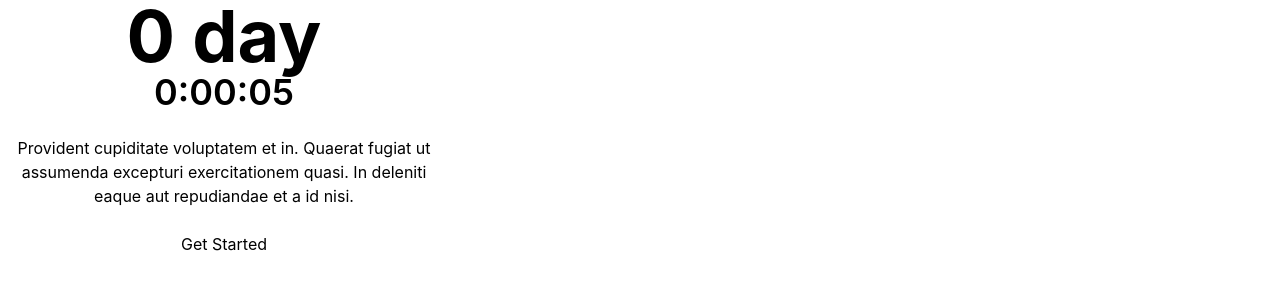
Repository: RahmanRakib9/TwentyOne
Page: /
An editor plug-in stored every save of this project. The page is shown before and after a run of saves, followed by the edit.
The browser window is 1280 px wide. The pictures show the whole page.
The project was rebuilt for these pictures with package versions that can differ from the ones it lists, and the page was loaded fresh each time.

Above is the page before, as saved 2022-10-13 17:53:58.

### src/index.css
/* tailwind css directives */
@tailwind base;
@tailwind components;
@tailwind utilities;

body {
  margin: 0;
  font-family: -apple-system, BlinkMacSystemFont, 'Segoe UI', 'Roboto', 'Oxygen',
    'Ubuntu', 'Cantarell', 'Fira Sans', 'Droid Sans', 'Helvetica Neue',
    sans-serif;
  -webkit-font-smoothing: antialiased;
  -moz-osx-font-smoothing: grayscale;
}

code {
  font-family: source-code-pro, Menlo, Monaco, Consolas, 'Courier New',
    monospace;
}

### src/App.js
import React from 'react';
import Timer from './components/Timer';
import './App.css'

const App = () => {
  return (
    <div className='App'>
      <Timer></Timer>
    </div>
  );
};

export default App;

### src/components/Timer.js
import React from "react";
import useCountdown from "../hooks/useCountdown";

const Timer = () => {
  const [second, minute, hour, day] = useCountdown();
  return (
    <div class="hero min-h-screen bg-base-200">
      <div class="hero-content text-center">
        <div class="max-w-md">
          <h1 class="text-7xl font-bold">
            {day} {day > 0 || 1 ? "day" : "days"}
          </h1>
          <h3 className="text-4xl font-semibold">
            {hour}:{minute < 10 ? "0" + minute : minute}:
            {second < 10 ? "0" + second : second}
          </h3>
          <p class="py-6">
            Provident cupiditate voluptatem et in. Quaerat fugiat ut assumenda
            excepturi exercitationem quasi. In deleniti eaque aut repudiandae et
            a id nisi.
          </p>
          <button class="btn btn-primary">Get Started</button>
        </div>
      </div>
    </div>
  );
};

export default Timer;

### src/hooks/useCountdown.js
/* eslint-disable react-hooks/exhaustive-deps */
import React, { useEffect, useState } from "react";

const useCountdown = () => {
  // state declaration for updating second, minute, and an hour respectively
  const [second, setSecond] = useState(0);
  const [minute, setMinute] = useState(0);
  const [hour, setHour] = useState(0);
  const [day, setDay] = useState(0);

  let timer;
  useEffect(() => {
    timer = setInterval(() => {
      setSecond(second + 1);

      if (second === 59) {
        setMinute(minute + 1);
        setSecond(0);
      }

      if (minute === 59) {
        setHour(hour + 1);
        setMinute(0);
      }

      if (hour === 23 && minute === 59) {
        setDay(day + 1);
        setHour(0);
        setMinute(0);
      }



    }, 1000);

    return () => clearInterval(timer);
  });
  return [second, minute, hour,day];
};

export default useCountdown;

### tailwind.config.js
/** @type {import('tailwindcss').Config} */
module.exports = {
  content: ["./src/**/*.{html,js}"],
  daisyui: {
    themes: [],
  },
  plugins: [require("daisyui")],
};

Loaded but not shown: public/index.html (common file); src/index.js (common file); src/reportWebVitals.js (common file); src/App.css (common file)

After the next 2 saves:
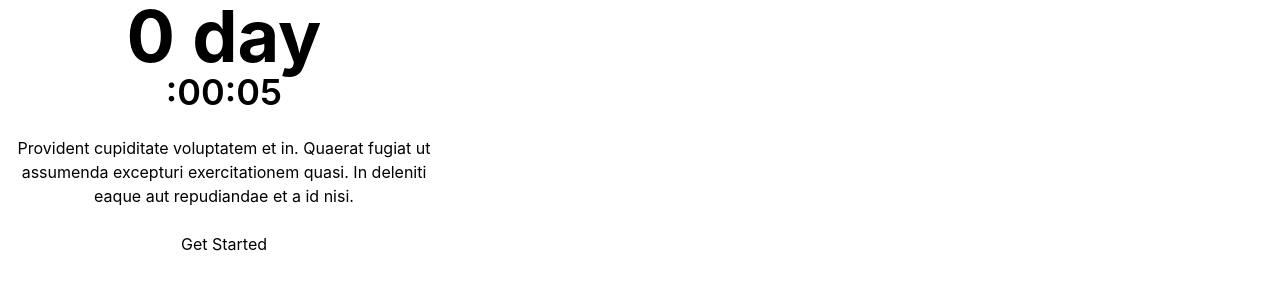
The 2 saves are shown as one change because they came seconds apart.
The last was saved 25 s later.
--- a/src/components/Timer.js
+++ b/src/components/Timer.js
@@ -11,7 +11,7 @@
             {day} {day > 0 || 1 ? "day" : "days"}
           </h1>
           <h3 className="text-4xl font-semibold">
-            {hour}:{minute < 10 ? "0" + minute : minute}:
+            {hour>0}:{minute < 10 ? "0" + minute : minute}:
             {second < 10 ? "0" + second : second}
           </h3>
           <p class="py-6">

After the save that followed:
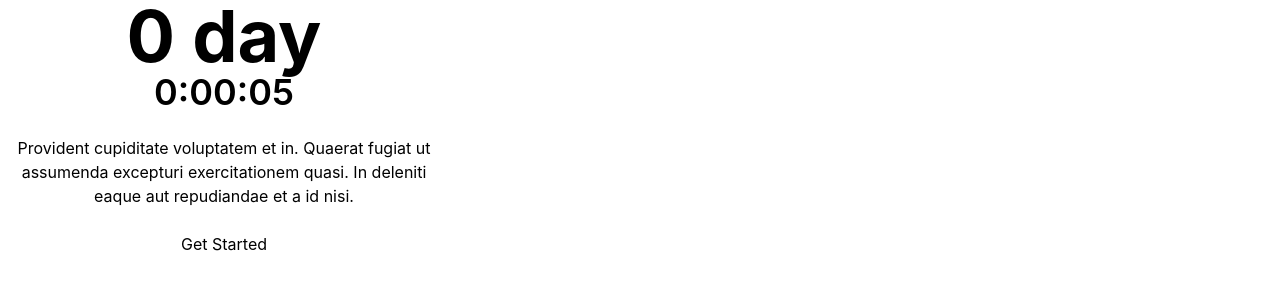
Saved 7 s later.
--- a/src/components/Timer.js
+++ b/src/components/Timer.js
@@ -11,7 +11,7 @@
             {day} {day > 0 || 1 ? "day" : "days"}
           </h1>
           <h3 className="text-4xl font-semibold">
-            {hour>0}:{minute < 10 ? "0" + minute : minute}:
+            {hour}:{minute < 10 ? "0" + minute : minute}:
             {second < 10 ? "0" + second : second}
           </h3>
           <p class="py-6">
